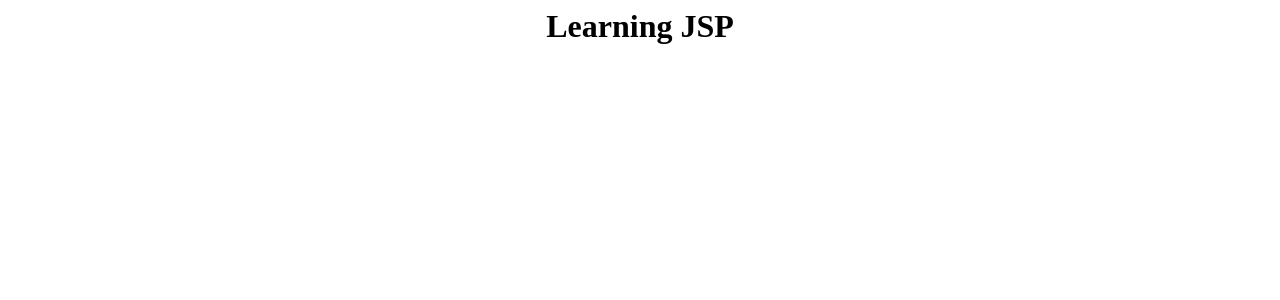
Repository: Aditi-2840/registration-form
Page: http://localhost/LearnJSP/homepage.jsp
These files come from the project's save history. The page is drawn as it stood at one moment and after the next save; the edit follows.
The browser window is 1280 px wide. The pictures show the whole page.
The page is served by Tomcat 9. Other server files are loaded and not shown.

Above is the page before, as saved 2022-01-17 13:29:16.

### LearnJSP/WebContent/homepage.jsp
<html>

<body>

<jsp:include page="my-header.html"/>

</body>

</html>

### LearnJSP/WebContent/my-header.html
<h1 align="center">Learning JSP</h1>

### LearnJSP/WebContent/my-footer.jsp
<p align="center">Last Updated: <%= new java.util.Date() %></p>

After the next save:
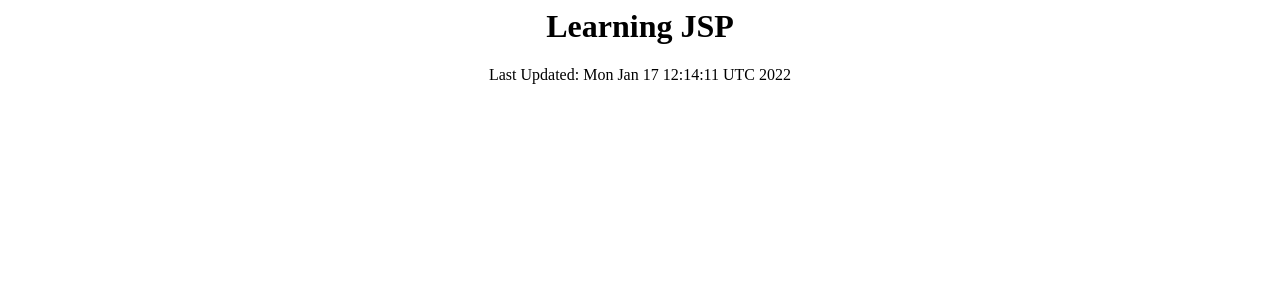
Saved 4 min 11 s later.
--- a/LearnJSP/WebContent/homepage.jsp
+++ b/LearnJSP/WebContent/homepage.jsp
@@ -4,6 +4,8 @@
 
 <jsp:include page="my-header.html"/>
 
+<jsp:include page="my-footer.jsp"/>
+
 </body>
 
 </html>
